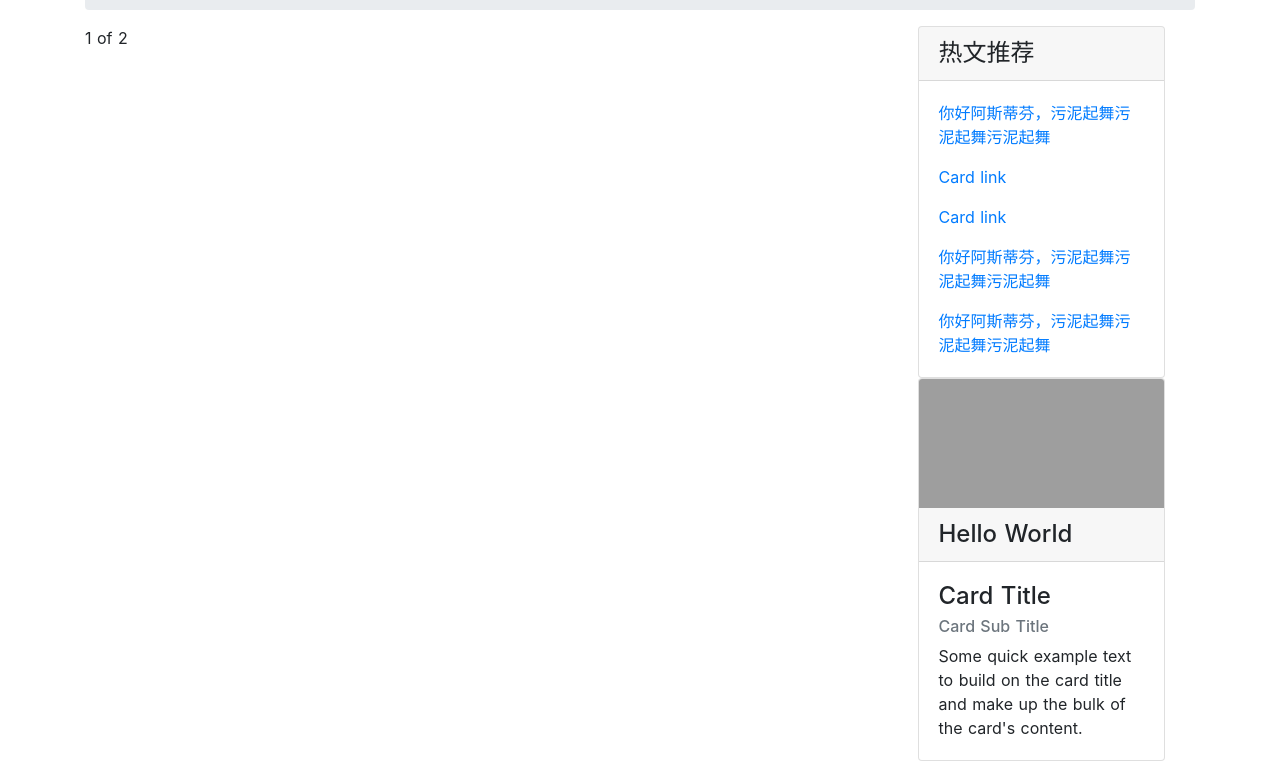
Repository: MTTTM/nuxt-xiaomatata
Page: /
These files come from the project's save history. The page is drawn as it stood at one moment and after the next save; the edit follows.
The browser window is 1280 px wide. The pictures show the part of the page from y = 638 to 1590 px (the page is 1399 px tall before and 1590 px after).
Pictures or frames that could not be fetched are drawn as grey boxes. The project was rebuilt for these pictures with package versions that can differ from the ones it lists, and the page was loaded fresh each time. The framework's server and built-in components were replaced by stand-ins that run in the browser. Also part of the build but not shown: nuxt.config.js, components/Logo.vue, components/aboutMe.vue, components/articleListItem.vue, components/bloggerRanking.vue, components/carouselBox.vue, components/classifyList.vue, components/commentBox.vue and 7 more. Imported but missing from the stored project, and not drawn on this page: components/cmSpinner, mixins/scrollLoad.

Above is the page before, as saved 2021-04-10 12:03:06.

### assets/style/comm.scss
body{
  .container{
    min-height: auto;
    justify-content: start;
    text-align: left;
  }
}

### components/breadCrumb.vue
<template>
  <b-breadcrumb :items="items"></b-breadcrumb>
</template>

<script>
export default {
  data() {
    return {
      items: [
        {
          text: "Admin",
          href: "#",
        },
        {
          text: "Manage",
          href: "#",
        },
        {
          text: "Library",
          active: true,
        },
      ],
    };
  },
};
</script>

### components/navBar.vue
<template>
  <div class="nav-bar">
    <b-navbar toggleable="lg" type="dark" variant="info" fixed="top">
      <b-navbar-brand href="#"> 塔塔 </b-navbar-brand>

      <b-navbar-toggle target="nav-collapse" />

      <b-collapse id="nav-collapse" is-nav>
        <b-navbar-nav>
          <b-nav-item href="#"> Link </b-nav-item>
          <b-nav-item href="#" disabled> Disabled </b-nav-item>
          <b-nav-item-dropdown text="Lang" right>
            <b-dropdown-item href="#"> EN </b-dropdown-item>
            <b-dropdown-item href="#"> ES </b-dropdown-item>
            <b-dropdown-item href="#"> RU </b-dropdown-item>
            <b-dropdown-item href="#"> FA </b-dropdown-item>
          </b-nav-item-dropdown>
        </b-navbar-nav>

        <!-- Right aligned nav items -->
        <b-navbar-nav class="ml-auto">
          <b-nav-form>
            <b-form-input size="sm" class="mr-sm-2" placeholder="Search" />

            <b-button size="sm" class="my-2 my-sm-0" type="submit">
              Search
            </b-button>
          </b-nav-form>

          <b-nav-item-dropdown right>
            <!-- Using 'button-content' slot -->
            <template #button-content>
              <b-avatar
                variant="info"
                src="https://placekitten.com/300/300"
              ></b-avatar>
              <em>User</em>
            </template>

            <b-dropdown-item href="#"> Profile </b-dropdown-item>
            <b-dropdown-item href="#"> Sign Out </b-dropdown-item>
          </b-nav-item-dropdown>
        </b-navbar-nav>
      </b-collapse>
    </b-navbar>
  </div>
</template>
<script>
export default {};
</script>
<style lang="scss">
* {
  margin: 0;
  padding: 0;
}
</style>

### layouts/default.vue
<template>
  <div>
    <navBar />
    <Nuxt />
  </div>
</template>
<script>
import navBar from "../components/navBar";
export default {
  components: { navBar }
};
</script>
<style>
html {
  font-size: 16px;
  word-spacing: 1px;
  -ms-text-size-adjust: 100%;
  -webkit-text-size-adjust: 100%;
  -moz-osx-font-smoothing: grayscale;
  -webkit-font-smoothing: antialiased;
  box-sizing: border-box;
}
</style>

### pages/index.vue
<template>
  <div>
    <b-carousel
      id="carousel-1"
      v-model="slide"
      :interval="4000"
      controls
      indicators
      background="#ababab"
      img-width="1024"
      img-height="480"
      style="text-shadow: 1px 1px 2px #333"
      @sliding-start="onSlideStart"
      @sliding-end="onSlideEnd"
    >
      <!-- Text slides with image -->
      <b-carousel-slide
        caption="First slide"
        text="Nulla vitae elit libero, a pharetra augue mollis interdum."
        img-src="https://picsum.photos/1024/480/?image=52"
      ></b-carousel-slide>

      <!-- Slides with custom text -->
      <b-carousel-slide img-src="https://picsum.photos/1024/480/?image=54">
        <h1>Hello world!</h1>
      </b-carousel-slide>

      <!-- Slides with image only -->
      <b-carousel-slide
        img-src="https://picsum.photos/1024/480/?image=58"
      ></b-carousel-slide>

      <!-- Slides with img slot -->
      <!-- Note the classes .d-block and .img-fluid to prevent browser default image alignment -->
      <b-carousel-slide>
        <template #img>
          <img
            class="d-block img-fluid w-100"
            width="1024"
            height="480"
            src="https://picsum.photos/1024/480/?image=55"
            alt="image slot"
          />
        </template>
      </b-carousel-slide>

      <!-- Slide with blank fluid image to maintain slide aspect ratio -->
      <b-carousel-slide caption="Blank Image" img-blank img-alt="Blank image">
        <p>
          Lorem ipsum dolor sit amet, consectetur adipiscing elit. Suspendisse
          eros felis, tincidunt a tincidunt eget, convallis vel est. Ut
          pellentesque ut lacus vel interdum.
        </p>
      </b-carousel-slide>
    </b-carousel>

    <b-container>
      <breadCrumb class="w-100" />
    </b-container>
    <b-container>
      <b-row class="w-100">
        <b-col cols="9" md="9" sm="12">1 of 2</b-col>
        <b-col cols="3" md="3" sm="12">
          <b-card no-body style="max-width: 20rem">
            <template #header>
              <h4 class="mb-0">热文推荐</h4>
            </template>

            <b-card-body>
              <b-card-text>
                <a href="#" class="card-link"
                  >你好阿斯蒂芬，污泥起舞污泥起舞污泥起舞</a
                >
              </b-card-text>
              <b-card-text>
                <a href="#" class="card-link">Card link</a>
              </b-card-text>
              <b-card-text>
                <a href="#" class="card-link">Card link</a>
              </b-card-text>
              <b-card-text>
                <a href="#" class="card-link"
                  >你好阿斯蒂芬，污泥起舞污泥起舞污泥起舞</a
                >
              </b-card-text>
              <b-card-text>
                <a href="#" class="card-link"
                  >你好阿斯蒂芬，污泥起舞污泥起舞污泥起舞</a
                >
              </b-card-text>
            </b-card-body>
          </b-card>

          <b-card
            no-body
            style="max-width: 20rem"
            img-src="https://placekitten.com/380/200"
            img-alt="Image"
            img-top
          >
            <template #header>
              <h4 class="mb-0">Hello World</h4>
            </template>

            <b-card-body>
              <b-card-title>Card Title</b-card-title>
              <b-card-sub-title class="mb-2">Card Sub Title</b-card-sub-title>
              <b-card-text>
                Some quick example text to build on the card title and make up
                the bulk of the card's content.
              </b-card-text>
            </b-card-body>
          </b-card>
        </b-col>
      </b-row>
    </b-container>
  </div>
</template>
<script>
import breadCrumb from "../components/breadCrumb";
export default {
  components: { breadCrumb },
};
</script>
<style>
.container {
  margin: 0 auto;
  min-height: 100vh;
  display: flex;
  justify-content: center;
  align-items: center;
  text-align: center;
}

.title {
  display: block;
  font-weight: 300;
  font-size: 100px;
  color: #35495e;
  letter-spacing: 1px;
}

.subtitle {
  font-weight: 300;
  font-size: 42px;
  color: #526488;
  word-spacing: 5px;
  padding-bottom: 15px;
}

.links {
  padding-top: 15px;
}
</style>

Loaded but not shown: store/system.js (no copy from this time; the picture is the same without it)

After the next save:
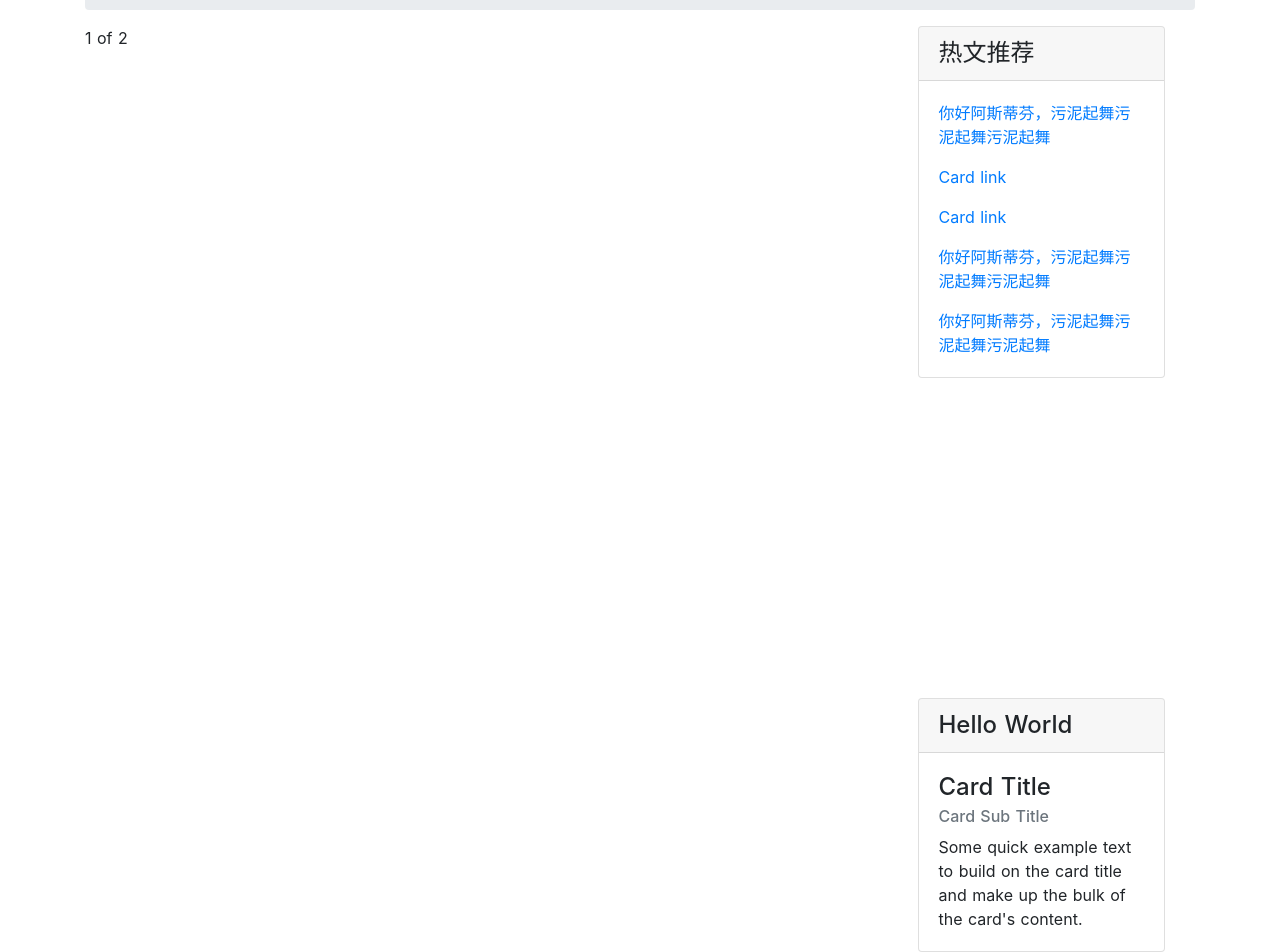
Saved 19 s later.
--- a/pages/index.vue
+++ b/pages/index.vue
@@ -91,13 +91,7 @@
             </b-card-body>
           </b-card>
 
-          <b-card
-            no-body
-            style="max-width: 20rem"
-            img-src="https://placekitten.com/380/200"
-            img-alt="Image"
-            img-top
-          >
+          <b-card no-body style="margin-top: 20rem">
             <template #header>
               <h4 class="mb-0">Hello World</h4>
             </template>
